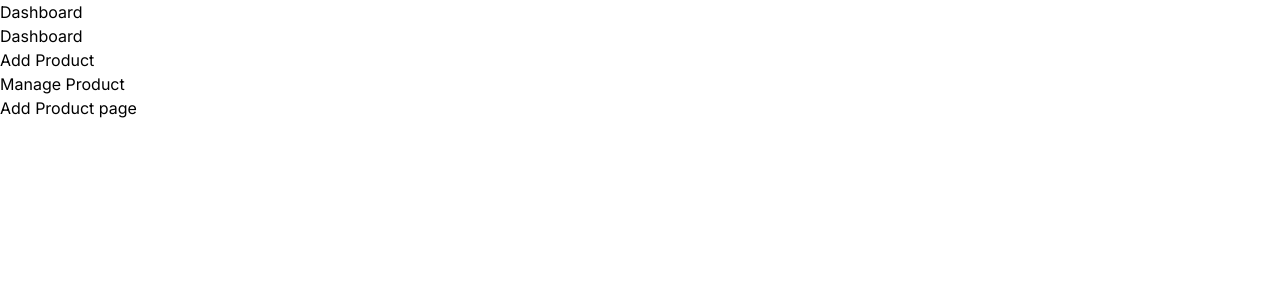
Repository: Wahid137/try-next-js
Page: /dashboard/add-product
The author's editor kept a copy of each file at every save. The page is drawn from the files as they stood at one save, then again after the next save.
The browser window is 1280 px wide. The pictures show the whole page.
The project was rebuilt for these pictures with package versions that can differ from the ones it lists, and the page was loaded fresh each time. The framework's server and built-in components were replaced by stand-ins that run in the browser. Also part of the build but not shown: next.config.js.

Above is the page before, as saved 2023-10-17 13:00:27.

After the next save:
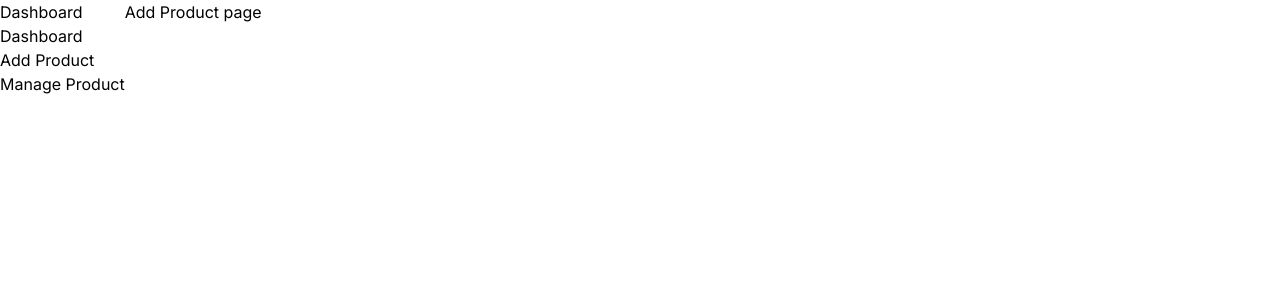
Saved 58 s later.
--- a/src/app/dashboard/layout.js
+++ b/src/app/dashboard/layout.js
@@ -6,7 +6,7 @@ export const metadata = {
 }
 const DashboardLayout = ({ children }) => {
     return (
-        <div>
+        <div className='flex'>
             <Sidebar />
             {children}
         </div>
